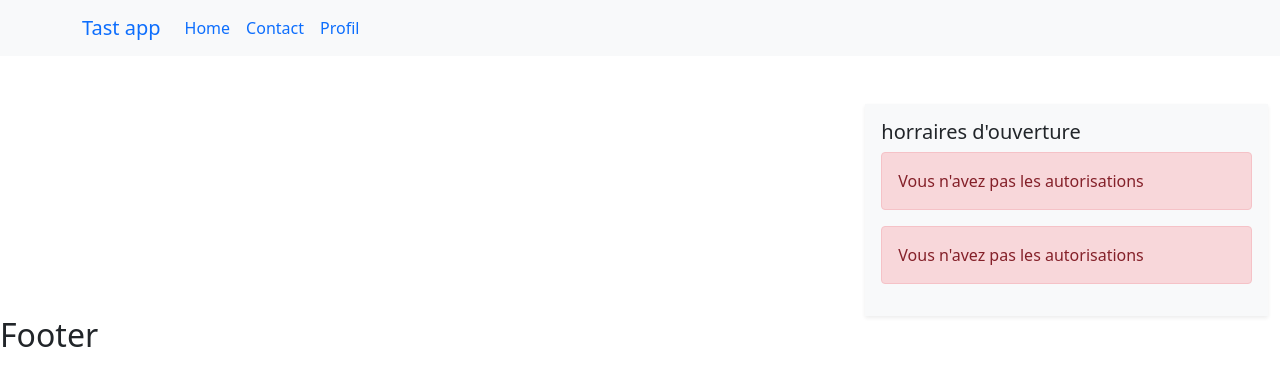
Repository: FS-23/php-getstarted
Page: http://localhost/
These files come from the project's save history. The page is drawn as it stood at one moment and after the next save; the edit follows.
The browser window is 1280 px wide. The pictures show the whole page.
The page is run by PHP 8.4 with error messages shown; the project is at /var/www/html/.

Above is the page before, as saved 2022-05-28 12:28:59.

After the next save:
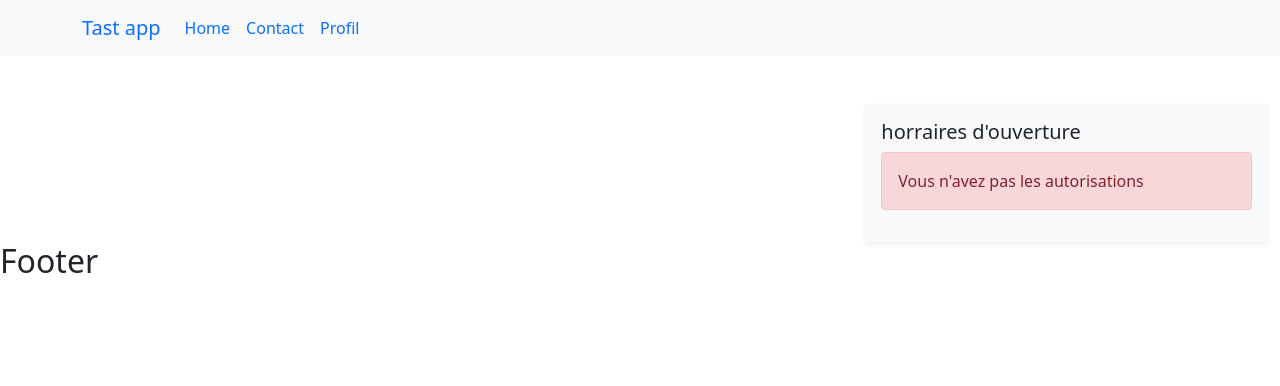
Saved 17 s later.
--- a/demoAPP/index.php
+++ b/demoAPP/index.php
@@ -32,10 +32,10 @@
 
 
                   <?php
-                    if($user == "admin")
-                     echo '<div class="alert alert-success"> Vous avez toutes les autorisations</div>';
-                    else
-                      echo '<div class="alert alert-danger"> Vous n\'avez pas les autorisations</div>';
+                    // if($user == "admin")
+                    //  echo '<div class="alert alert-success"> Vous avez toutes les autorisations</div>';
+                    // else
+                    //   echo '<div class="alert alert-danger"> Vous n\'avez pas les autorisations</div>';
                   ?>
             </div>
         </div>
